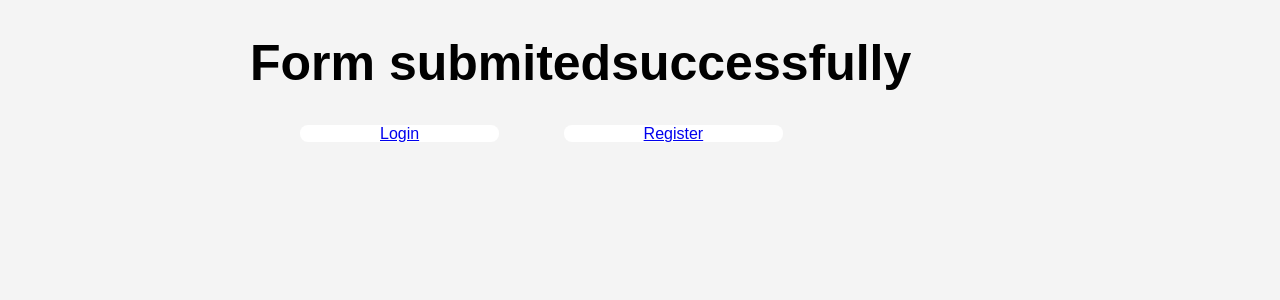
Repository: snehal-shinde151/my_repo
Page: classpro/src/main/webapp/WEB-INF/submit.html
These files come from the project's save history. The page is drawn as it stood at one moment and after the next save; the edit follows.
The browser window is 1280 px wide. The pictures show the whole page.

Above is the page before, as saved 2025-03-04 10:38:42.

After the next save:
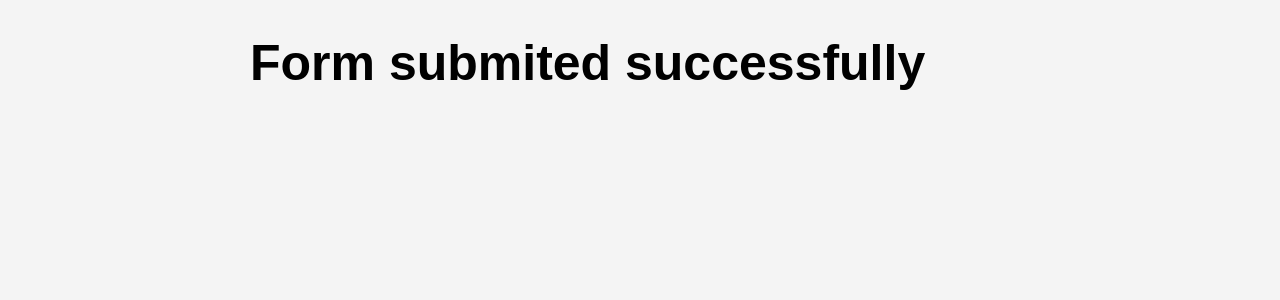
Saved 4 min 31 s later.
--- a/classpro/src/main/webapp/WEB-INF/submit.html
+++ b/classpro/src/main/webapp/WEB-INF/submit.html
@@ -28,10 +28,9 @@
  }
 
 </style>
-  <h1> Form submitedsuccessfully</h1>
+  <h1> Form submited successfully</h1>
   <label for="student"></label>
-  <a class="btn"  value="Login" href="login.html">Login</a>
-    <a class="btn" value="Register" href="Registration.html">Register</a>
+
 
 </body>
 </html>
